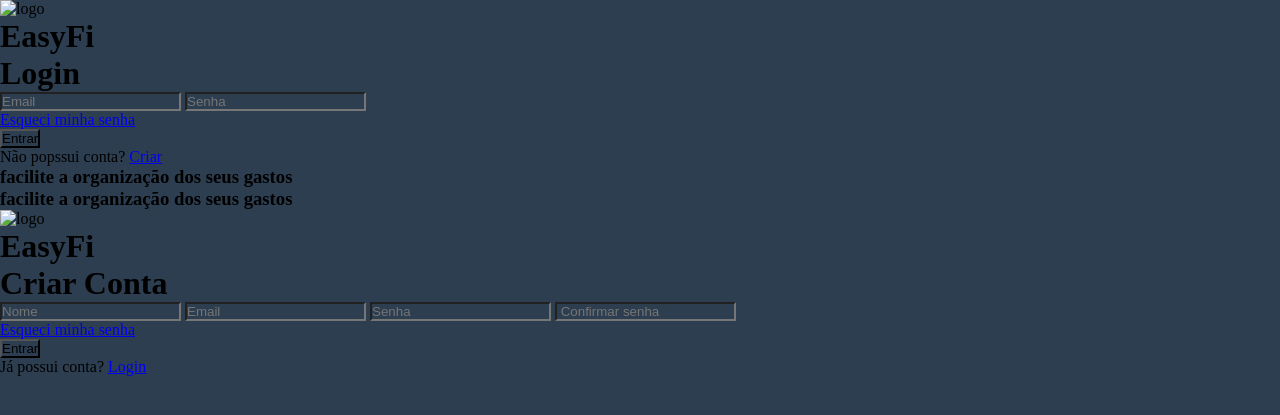
Repository: Ingridiag/projeto-engenharia
Page: login.html
An editor plug-in stored every save of this project. The page is shown before and after a run of saves, followed by the edit.
The browser window is 1280 px wide. The pictures show the whole page.

Above is the page before, as saved 2024-10-28 14:48:50.

### login.html
<!DOCTYPE html>
<html lang="pt">

<head>
    <meta charset="UTF-8">
    <meta name="viewport" content="width=device-width, initial-scale=1.0">
    <link rel="stylesheet" href="style.css">
    <title>Login</title>
</head>

<body>
    <div class="container">

        <!-- Tela Login -->
        <div class="primeira-coluna">
            <div>
                <img src="#" alt="logo">
                <h1>EasyFi</h1>
            </div>
            <div>
                <h1 class="title">Login</h1>
                <form>
                    <input type="email" placeholder="Email">
                    <input type="password" placeholder="Senha">
                </form>
                <div>
                    <a href="#" class="link">Esqueci minha senha</a>

                </div>
                <div class="btn-default">
                    <button>
                        Entrar
                    </button>
                </div>
                <div>
                    <p>Não popssui conta?
                        <span>
                            <a href="#" class="link">Criar</a>
                        </span>
                    </p>
                </div>
            </div>
        </div>

        <div class="segunda-coluna">
            <h3 class="mensagem">
                facilite a organização dos seus gastos
            </h3>
        </div>

        <!-- Tela Cadastro -->
        <div class="primeira-coluna">
            <h3 class="mensagem">
                facilite a organização dos seus gastos
            </h3>
        </div>

        <div class="segunda-coluna">
            <div>
                <img src="#" alt="logo">
                <h1>EasyFi</h1>
            </div>
            <div>
                <h1 class="title">Criar Conta</h1>
                <form>
                    <input type="text" placeholder="Nome">
                    <input type="email" placeholder="Email">
                    <input type="password" placeholder="Senha">
                    <input type="password" placeholder=" Confirmar senha">
                </form>
                <div>
                    <a href="#" class="link">Esqueci minha senha</a>

                </div>
                <div class="btn-default">
                    <button>
                        Entrar
                    </button>
                </div>
                <div>
                    <p>Já possui conta?
                        <span>
                            <a href="#" class="link">Login</a>
                        </span>
                    </p>
                </div>
            </div>
        </div>
    </div>

</body>

</html>

### style.css
* {
    margin: 0;
    padding: 0;
    box-sizing: border-box;
    background: #2C3E50;
}

.primeira-coluna{
background: #fff;
}

After the next 3 saves:
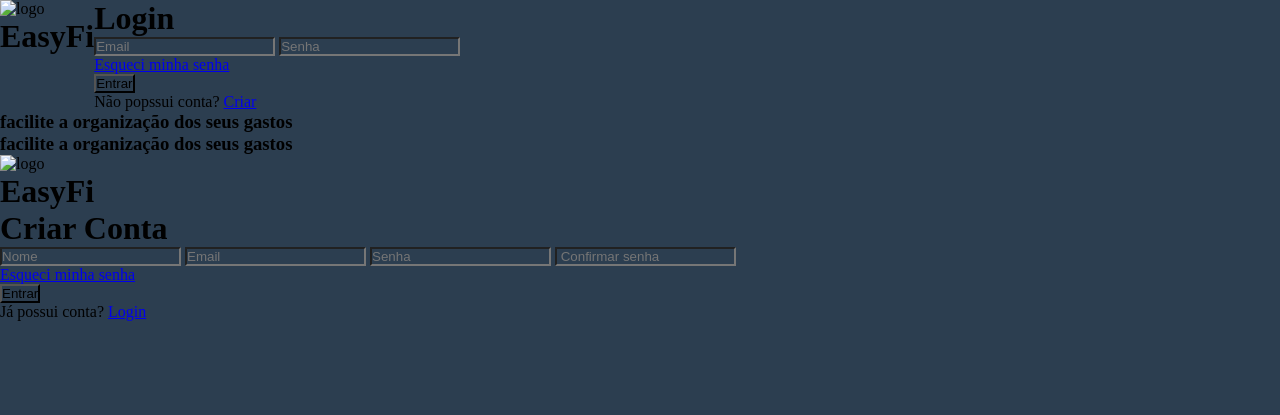
The 3 saves are shown as one change because they came seconds apart.
The last was saved 26 s later.
--- a/style.css
+++ b/style.css
@@ -6,5 +6,5 @@
 }
 
 .primeira-coluna{
-background: #fff;
+display: flex;
 }
